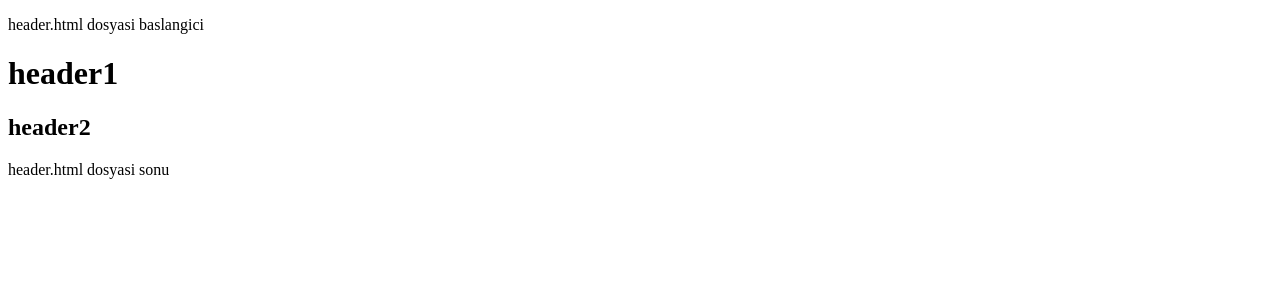
Repository: fkaraca44/JSP
Page: ServletTutorials2/src/main/webapp/Static_Dynamic_include/header.html
These files come from the project's save history. The page is drawn as it stood at one moment and after the next save; the edit follows.
The browser window is 1280 px wide. The pictures show the whole page.

Above is the page before, as saved 2017-09-08 21:26:16.

After the next save:
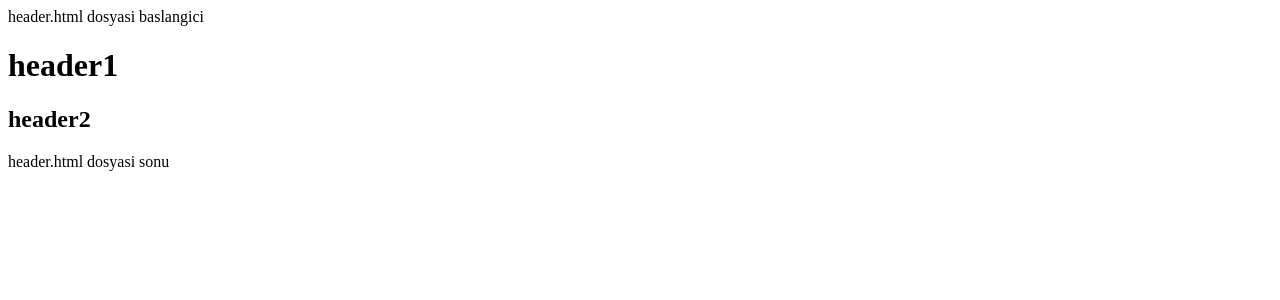
Saved 83 s later.
--- a/ServletTutorials2/src/main/webapp/Static_Dynamic_include/header.html
+++ b/ServletTutorials2/src/main/webapp/Static_Dynamic_include/header.html
@@ -1,13 +1,4 @@
-<!DOCTYPE html>
-<html>
-<head>
-<meta charset="UTF-8">
-<title>Insert title here</title>
-</head>
-<body>
 <p>header.html dosyasi baslangici</p>
 <h1>header1</h1>
 <h2>header2</h2>
 <p>header.html dosyasi sonu</p>
-</body>
-</html>
